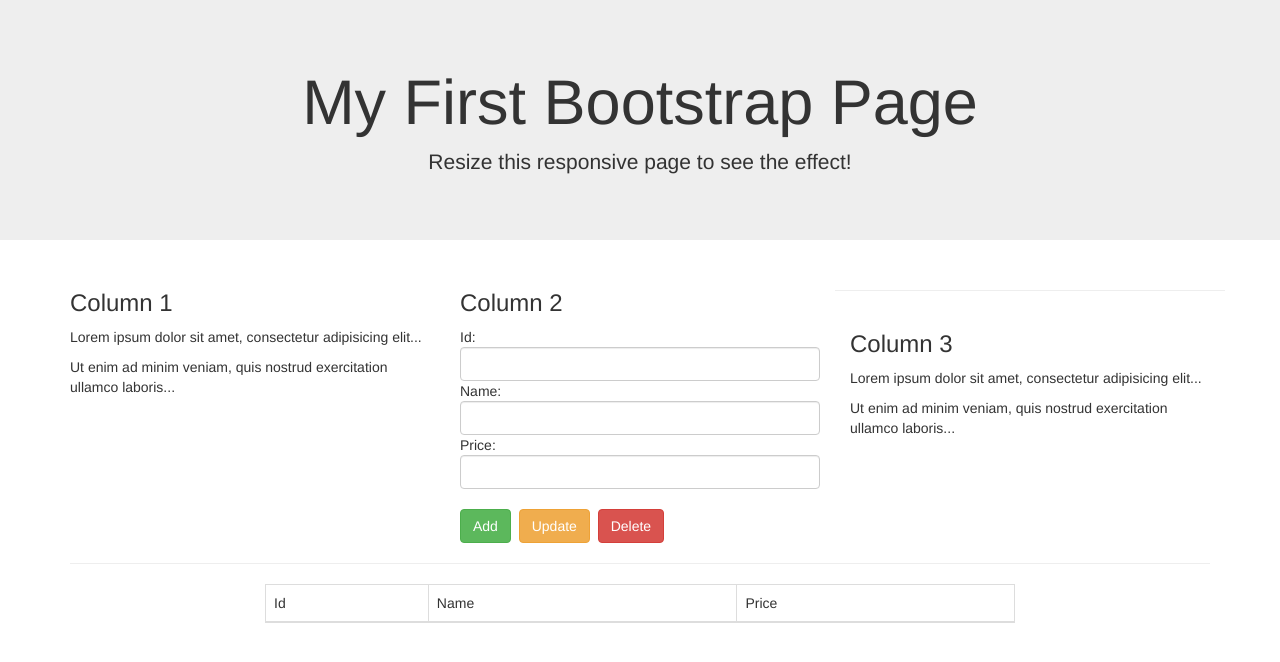
Repository: jagasia/wipro16feb
Page: http://localhost/mvc-1/WEB-INF/jsp/product.jsp
These files come from the project's save history. The page is drawn as it stood at one moment and after the next save; the edit follows.
The browser window is 1280 px wide. The pictures show the whole page.
The page is served by Tomcat 9. Nobody is signed in. The template is opened directly, without the code that normally fills it, so the values that code supplies are empty.

Above is the page before, as saved 2023-02-16 09:31:33.

After the next save:
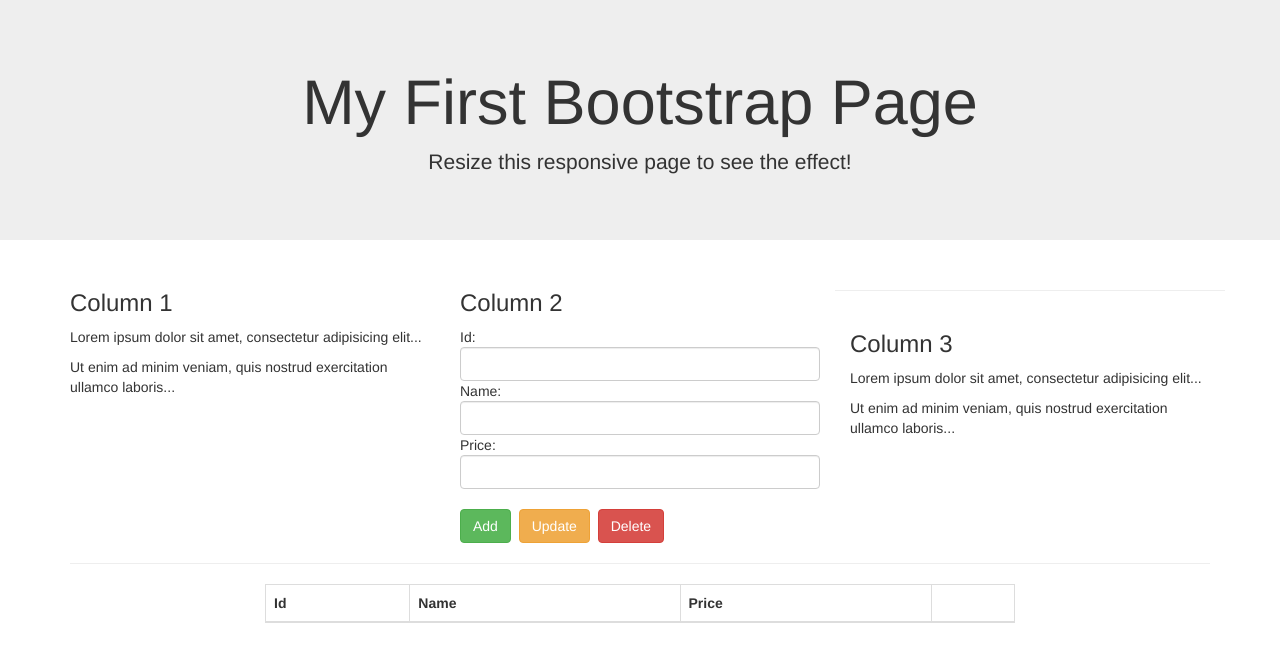
Saved 119 s later.
--- a/mvc-1/src/main/webapp/WEB-INF/jsp/product.jsp
+++ b/mvc-1/src/main/webapp/WEB-INF/jsp/product.jsp
@@ -48,7 +48,7 @@
   		<table class="table table-bordered table-striped table-hover">
   			<thead>
   				<tr>
-  					<td>Id</td><td>Name</td><td>Price</td>
+  					<th>Id</th><th>Name</th><th>Price</th><th></th>
   				</tr>
   			</thead>
   			<tbody>
@@ -57,6 +57,7 @@
   						<td>${p.id }</td>
   						<td>${p.name }</td>
   						<td>${p.price }</td>
+  						<td>Select</td>
   					</tr>
    				</c:forEach>
   			</tbody>
